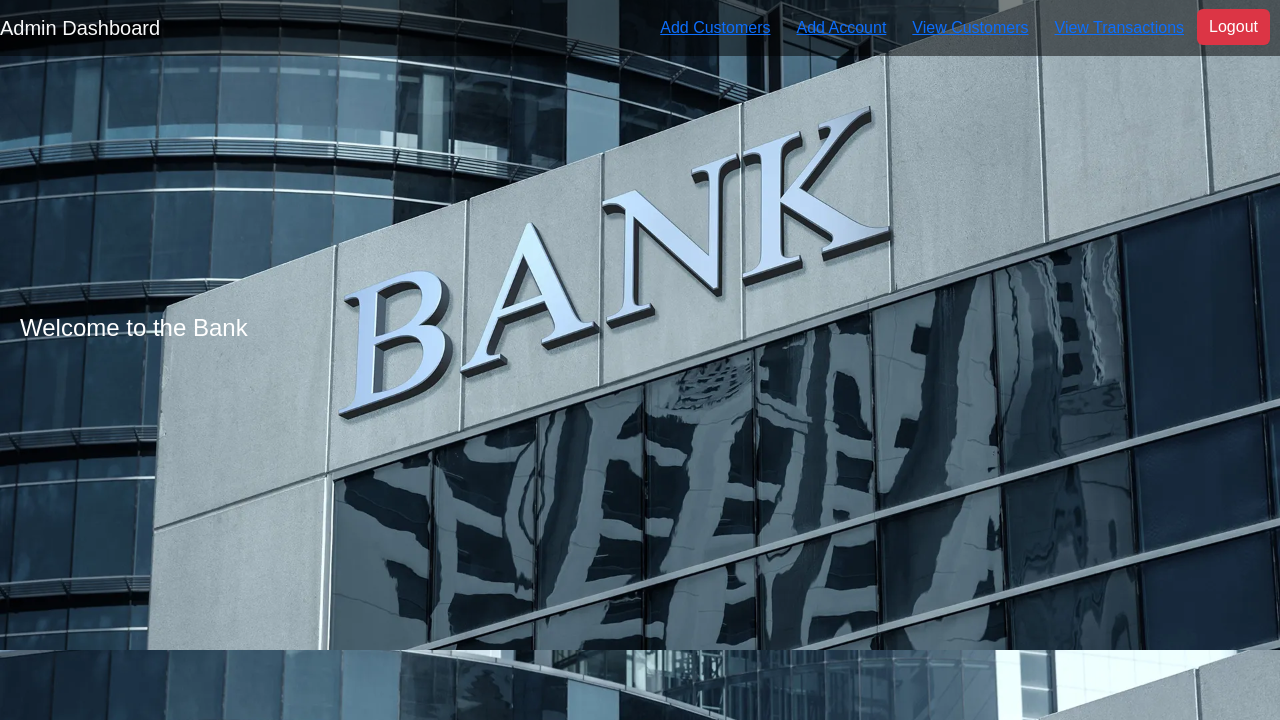
Repository: prathamsuhasia/swabhav-mini-project
Page: http://localhost/01-mini-project/Admin.jsp
These files come from the project's save history. The page is drawn as it stood at one moment and after the next save; the edit follows.
The browser window is 1280 px wide. The pictures show the whole page.
The page is served by Tomcat 9. The session is filled in as if someone had signed in: {"username": "testuser", "admin": "admin"}.

Above is the page before, as saved 2024-08-15 16:06:39.

After the next save:
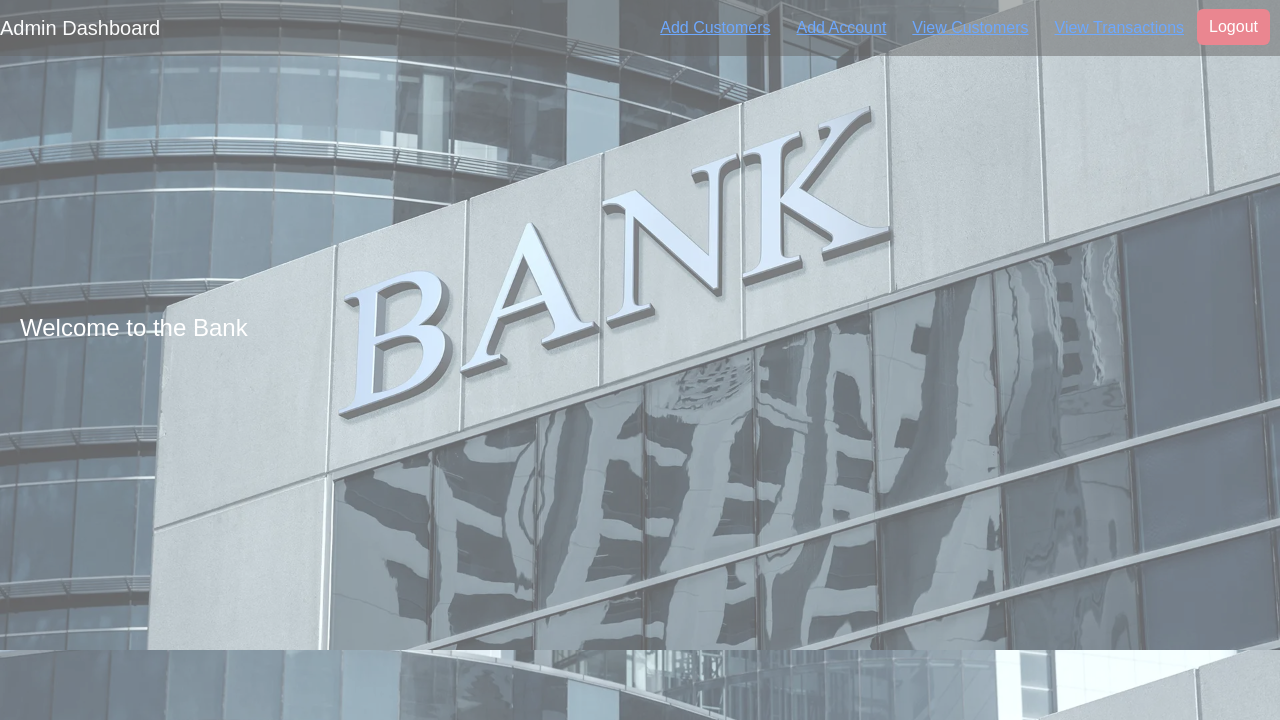
Saved 2 min 17 s later.
--- a/01-mini-project/WebContent/Admin.jsp
+++ b/01-mini-project/WebContent/Admin.jsp
@@ -62,6 +62,17 @@ if (session == null || !"admin".equals(session.getAttribute("admin"))) {
             padding: 20px;
             border-radius: 10px;
         }
+        body::before {
+    content: '';
+    position: absolute;
+    top: 0;
+    left: 0;
+    width: 100%;
+    height: 100%;
+    background-color: rgba(255, 255, 255, 0.4); /* Adjust opacity to make it lighter or darker */
+    z-index: 1;
+}
+
     </style>
 </head>
 <body>
